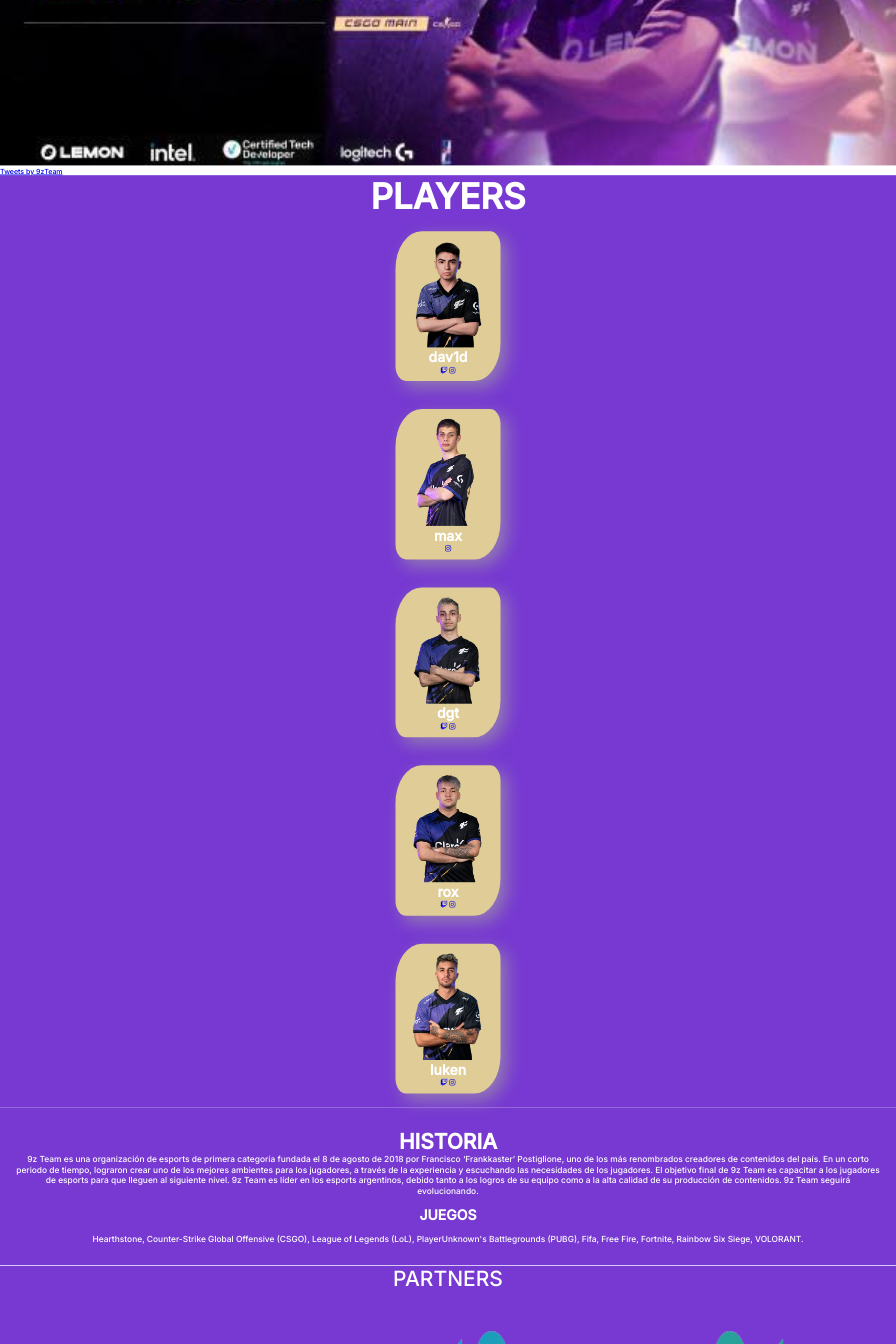
Repository: santig20/trabajo-practico-integrador-nuncba-html-css-
Page: index.html
These files come from the project's save history. The page is drawn as it stood at one moment and after a run of saves; the edit follows.
The browser window is 1280 px wide. The pictures show the part of the page from y = 486 to 2406 px (the page is 2947 px tall before and 3255 px after), at 70% of full size.
Some web libraries are served in a nearby version.

Above is the page before, as saved 2022-06-21 19:04:10.

### index.html
<!DOCTYPE html>
<html lang="es">
  <head>
    <meta charset="UTF-8" />
    <meta http-equiv="X-UA-Compatible" content="IE=edge" />
    <meta name="viewport" content="width=device-width, initial-scale=1.0" />
    <link rel="stylesheet" href="./style.css" />
    <link rel="stylesheet" href="path/to/font-awesome/css/font-awesome.min.css">
    <link rel="stylesheet" href="https://use.fontawesome.com/releases/v5.0.7/css/all.css">
    <link rel="stylesheet" href="https://cdnjs.cloudflare.com/ajax/libs/font-awesome/6.1.1/css/all.min.css" integrity="sha512-KfkfwYDsLkIlwQp6LFnl8zNdLGxu9YAA1QvwINks4PhcElQSvqcyVLLD9aMhXd13uQjoXtEKNosOWaZqXgel0g==" crossorigin="anonymous" referrerpolicy="no-referrer" class="__web-inspector-hide-shortcut__">
    <link rel="preconnect" href="https://fonts.googleapis.com">
<link rel="preconnect" href="https://fonts.gstatic.com" crossorigin>
<link href="https://fonts.googleapis.com/css2?family=Inter:wght@300;500&family=Work+Sans:wght@400;500;700&display=swap" rel="stylesheet">
    <title>Document</title>
  </head>
  <body>
    <!--👉 Debe contener un navbar que navegue las diversas secciones de la web.
    👉 Debe contener una portada alusiva a la temática de nuestra app.
    👉 Una sección de imágenes.
    👉 Una sección de contacto.
    👉 Un footer.
    👉 Una página para loguearse.
    👉 Una página para registrarse.
    👉 Ser responsive.
    👉 Estar deployado en vercel.  -->

    <header>
      <div class="img_header">
        <img src="./assets/9zteam_logo.png" alt="" />
      </div>
      <nav>
        <div class="navmain" id="menu" >
          <ul>
            <li> <a href="">contacto</a></li>
            <li><a href=""> Players</a></li>
            <li><a href="">Partners</a></li>
            <li><a href="">historia</a></li>
            <li><a href="">contacto</a></li>
          </ul>
        </div>
        <div class="registro_container">
          <ul>
          <li><a href="./registro.html">login </a></li>
         <li><a href="./registro.html">register </a></li>
        </ul>
        </div>

      </nav>
    </header>

    <main>
      <section class="hero_section">
        <div class="texto_hero">
          <h1>#todo violeta</h1>
          <h2>#go9z</h2>
          <p>
            Lorem ipsum, dolor sit amet consectetur adipisicing elit. Ratione
            consequuntur deleniti sit quae ad animi dolor, possimus ipsum quis
            sint quasi perspiciatis. Voluptatem assumenda, fugiat suscipit totam
            veritatis maiores nam.
          </p>
        </div>
        <div class="img_hero">
          <img src="./assets/2c2836fbfd7f200f4f9f6502dd4ec1de.jpg" alt="" />
        </div>
        <div class="twitter">
          <a class="twitter-timeline" href="https://twitter.com/9zTeam?ref_src=twsrc%5Etfw">Tweets by 9zTeam</a> <script async src="https://platform.twitter.com/widgets.js" charset="utf-8"></script>
        </div>
      </section>
      <section class="players">
        <div class="player_container">
          <div class="texto_players">
             <span>
              players
             </span>
          </div>
 <div class="player_david">
  <img src="./assets/david.png" alt="">
  <p>dav1d</p>
  <a href="https://www.twitch.tv/dav1dcs1"><i class="fa-brands fa-twitch" target="_blank" ></i></a>
  <a href="https://www.instagram.com/dav1dcs1/"  target="_blank"><i class="fa-brands fa-instagram"></i> </a>
     </div>
 <div class="player_max">
<img src="./assets/max.png" alt="">
<p>
    max
</p>
<a href="https://www.instagram.com/maxgzez/"  target="_blank"><i class="fa-brands fa-instagram"></i> </a>

 </div>
 <div class="player_dgt">
<img src="./assets/dgt.png" alt="">
<p>
    dgt
</p>
<a href="https://www.twitch.tv/dgtcsgo"><i class="fa-brands fa-twitch" target="_blank" ></i></a>
<a href="https://www.instagram.com/franmanu_/"  target="_blank"><i class="fa-brands fa-instagram"></i> </a>

 </div>
 <div class="player_rox">
<img src="./assets/rox.png" alt="">
<p>
    rox
</p>
<a href="https://www.twitch.tv/roxcsgo1"><i class="fa-brands fa-twitch" target="_blank" ></i></a>
<a href="https://www.instagram.com/_molinamartin"  target="_blank"><i class="fa-brands fa-instagram"></i> </a>

 </div>
 <div class="player_luken">

<img src="./assets/luken.png" alt="">

 <p>luken</p>
<a href="https://www.twitch.tv/luken"><i class="fa-brands fa-twitch" target="_blank" ></i></a>
<a href="https://www.instagram.com/lucanadotti/"  target="_blank"><i class="fa-brands fa-instagram"></i> </a>

 </div>

        </div>

      </section>
      <section class="history">
        <div class="historia_content">
<h3>
    historia
</h3>
 <p>
    9z Team es una organización de esports de primera categoría fundada el 8 de agosto de 2018 por Francisco ‘Frankkaster’ Postiglione, uno de los más renombrados creadores de contenidos del país. En un corto periodo de tiempo, lograron crear uno de los mejores ambientes para los jugadores, a través de la experiencia y escuchando las necesidades de los jugadores. El objetivo final de 9z Team es capacitar a los jugadores de esports para que lleguen al siguiente nivel. 9z Team es líder en los esports argentinos, debido tanto a los logros de su equipo como a la alta calidad de su producción de contenidos. 9z Team seguirá evolucionando.
 </p>

               <h4>juegos </h4>
               <p>Hearthstone, Counter-Strike Global Offensive (CSGO), League of Legends (LoL), PlayerUnknown's Battlegrounds (PUBG), Fifa, Free Fire, Fortnite, Rainbow Six Siege, VOLORANT.</p>
</div>
      </section>
      <section class="partners">
       <p> partners</p>
<div class="fotos">
  <figure>
    <img src="./assets/images-removebg-preview.png" alt="">
    <img src="./assets/lemon.png" alt="">
    <img src="./assets/logitech-removebg-preview.png" alt="">
    <img src="./assets/red-bull-logo-2-1-removebg-preview.png" alt="">
    <img src="./assets/CTD-removebg-preview.png" alt="">
    <img src="./assets/roobet.svg" alt="">
    <img src="./assets/289-removebg-preview.png" alt="">
    <img src="./assets/Logo-Shell-removebg-preview.png" alt="">
    <img src="./assets/images-removebg-preview.png" alt="">

    </figure>
</div>
      </section>
    </main>

    <footer>

    </footer>
    <script src="main.js"></script>
  </body>
</html>

### style.css
* {
    padding: 0;
    margin: 0;
    box-sizing: border-box;
}
html {
    font-size: 62.5%;
    list-style: none;
    text-decoration: none;
    font-family: 'inter';
}

 /* inico header*/
header {
    display: flex;
    background: rgb(99,21,133);
    background: linear-gradient(90deg, rgba(99,21,133,1) 6%, rgba(88,32,144,1) 42%, rgba(61,9,121,1) 64%);
    height: 100%;
}
.img_header img{
    height: 8rem;
    width: 8rem;
}
.navmain{
 display: none;
}

.registro_container ul {
    display: flex;
font-size:2rem;
gap:3rem;

}
.registro_container ul li{
    list-style: none;
    text-decoration: none;
}
.registro_container ul li a{

    text-transform: uppercase;
    color: #dfcc97;
    font-weight: 600;

}
.twitter-timeline a{
    width: 32rem;
    height: 32rem;
}

/*hero section*/

.texto_hero {
    display: none;
}
.img_hero img {
 width:100%;
}

/*player section */
.player_container{
    display: flex;
    flex-direction:column ;
    justify-content: center;
    align-items: center;
    text-align: center;
    background: #7739d2;
}

.texto_players span {
     font-size: 5rem;
     font-weight: 700;
     text-transform: uppercase;
     color: white;
    padding: 2rem 0;

}
.player_container p {
    font-size: 2rem;
    font-weight: 700;
    color: white;
}

.player_container img{
    width: 15rem;
}

.player_david {
    background-color: #dfcc97;
    padding: 1rem 0;
    margin: 2rem 0;
    border-radius: 25% 10%;
    box-shadow: 9px 9px 24px 0px rgba(161,161,161,0.66);
-webkit-box-shadow: 9px 9px 24px 0px rgba(161,161,161,0.66);
-moz-box-shadow: 9px 9px 24px 0px rgba(161,161,161,0.66);
}

.player_david  :hover {
    transform: scale(1.1);
    text-transform: uppercase;
}



.player_max{
    background-color: #dfcc97;
    padding: 1rem 0;
    margin: 2rem 0;
    border-radius: 25% 10%;
    box-shadow: 9px 9px 24px 0px rgba(161,161,161,0.66);
-webkit-box-shadow: 9px 9px 24px 0px rgba(161,161,161,0.66);
-moz-box-shadow: 9px 9px 24px 0px rgba(161,161,161,0.66);
}
.player_max :hover {
    transform: scale(1.1);
    text-transform: uppercase;
}



.player_dgt{
    background-color: #dfcc97;
    padding: 1rem 0;
    margin: 2rem 0;
    border-radius: 25% 10%;
    box-shadow: 9px 9px 24px 0px rgba(161,161,161,0.66);
-webkit-box-shadow: 9px 9px 24px 0px rgba(161,161,161,0.66);
-moz-box-shadow: 9px 9px 24px 0px rgba(161,161,161,0.66);
}
.player_dgt :hover {
    transform: scale(1.1);
    text-transform: uppercase;
}


.player_rox{
    background-color: #dfcc97;
    padding: 1rem 0;
    margin: 2rem 0;
    border-radius: 25% 10%;
    box-shadow: 9px 9px 24px 0px rgba(161,161,161,0.66);
-webkit-box-shadow: 9px 9px 24px 0px rgba(161,161,161,0.66);
-moz-box-shadow: 9px 9px 24px 0px rgba(161,161,161,0.66);
}


.player_rox  :hover {
    transform: scale(1.1);
    text-transform: uppercase;
}




.player_luken{
    background-color: #dfcc97;
    padding: 1rem 0;
    margin: 2rem 0;
    border-radius: 25% 10%;
    box-shadow: 9px 9px 24px 0px rgba(161,161,161,0.66);
-webkit-box-shadow: 9px 9px 24px 0px rgba(161,161,161,0.66);
-moz-box-shadow: 9px 9px 24px 0px rgba(161,161,161,0.66);
}
.player_luken  :hover {
    transform: scale(1.1);
    text-transform: uppercase;
}

/* section historia   */

.historia_content {
    display: flex ;
    flex-direction: column;
    justify-content: center;
    align-items: center;
    text-align: center;
    padding: 3rem  2rem;
    background-color:#7739d2 ;
}
.historia_content h3 {
    font-size: 3rem;
  font-weight: 700;
  color: white;
  text-transform: uppercase;
}
.historia_content h4 {
    font-size: 2rem;
  font-weight: 700;
  color: white;
  text-transform: uppercase;
  padding: 1.5rem 0;
}
.historia_content p{
font-size: 1.2rem;
color: white;

}



/* partners section */
.partners p {
text-align: center;
font-size: 3rem;
text-transform: uppercase;
background-color: #7739d2;
color: white;
border-top: 0.1rem solid;
}
.fotos{
    overflow: hidden;
}
.fotos figure {
    display: flex;
    position:relative ;
    left: 0;
    animation: 20s fotos infinite alternate-reverse  ;
    width: 400%;
    background-color: #7739d2;
    background-size: cover;
    padding:3rem 0;
}

.fotos figure img {
    width: 14.3%;
  padding:  0 1rem;
  background-color: #7739d2;
}

@keyframes fotos {
    0%{
        left: -25;
    }

    5%{
        left: -25;
    }

   14.3%{
        left: -50;
    }
    21.5% {
        left: -50%;
    }

   28.6%{
       left: -100%;
    }

    35.75%{
        left: -100%;
    }

    42.9%{
        left:-150%;
    }

   50.05% {
        left : -150%;
    }

   57.2% {
        left: -200%;
    }
  64.35% {
        left: -200%;
    }
  71.5% {
        left: -250%;
    }

    78.65% {
        left: -250%;
    }

   85.8% {
        left: -250%;
    }

   92.9% {
        left: -300%;
    }
    100% {
        left: -300%;
    }

}

Loaded but not shown: main.js (common file)

After the next 2 saves:
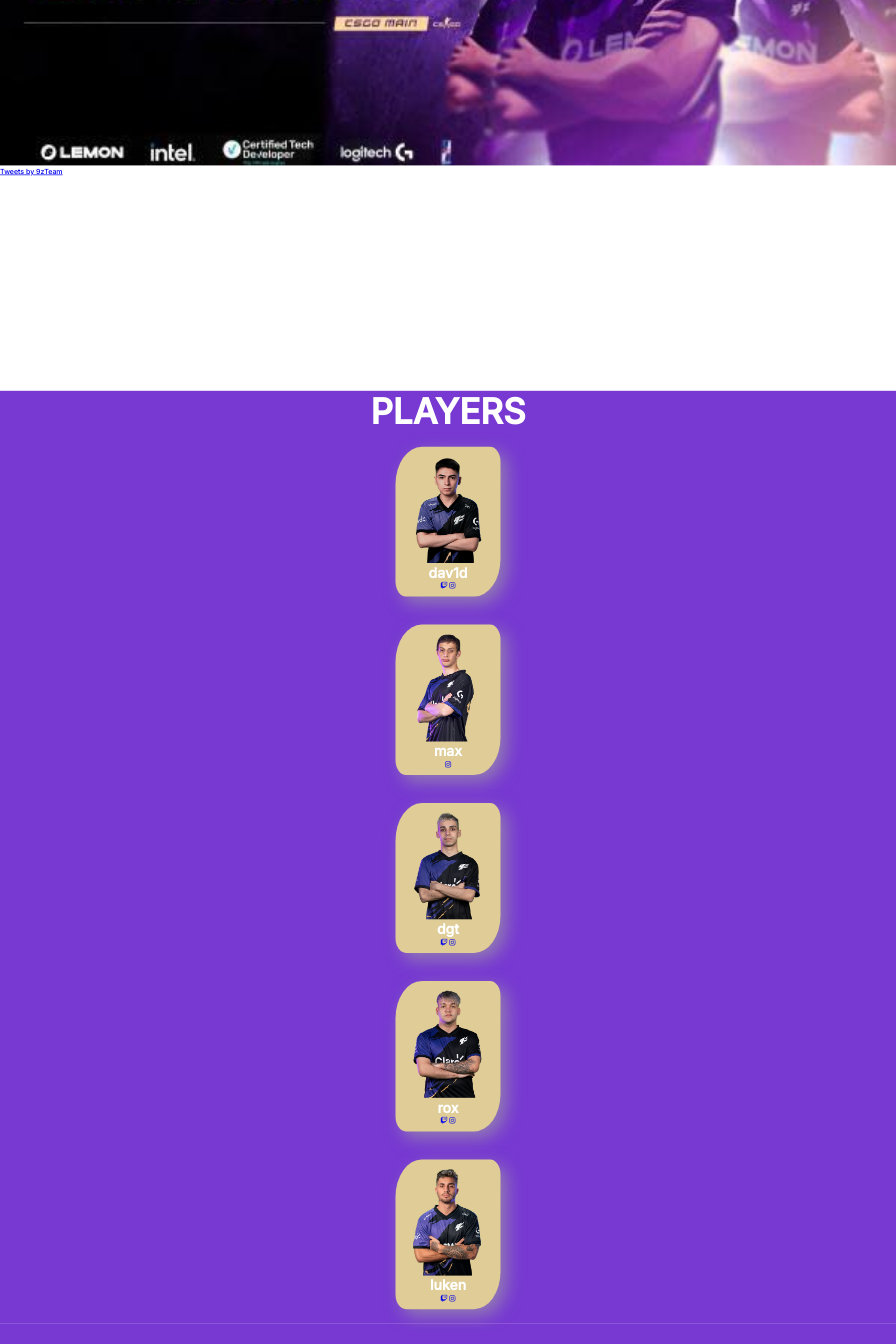
The 2 saves are shown as one change because they came seconds apart.
The last was saved 41 s later.
--- a/style.css
+++ b/style.css
@@ -42,7 +42,7 @@
     font-weight: 600;
 
 }
-.twitter-timeline a{
+.twitter {
     width: 32rem;
     height: 32rem;
 }

After the 2 saves that followed:
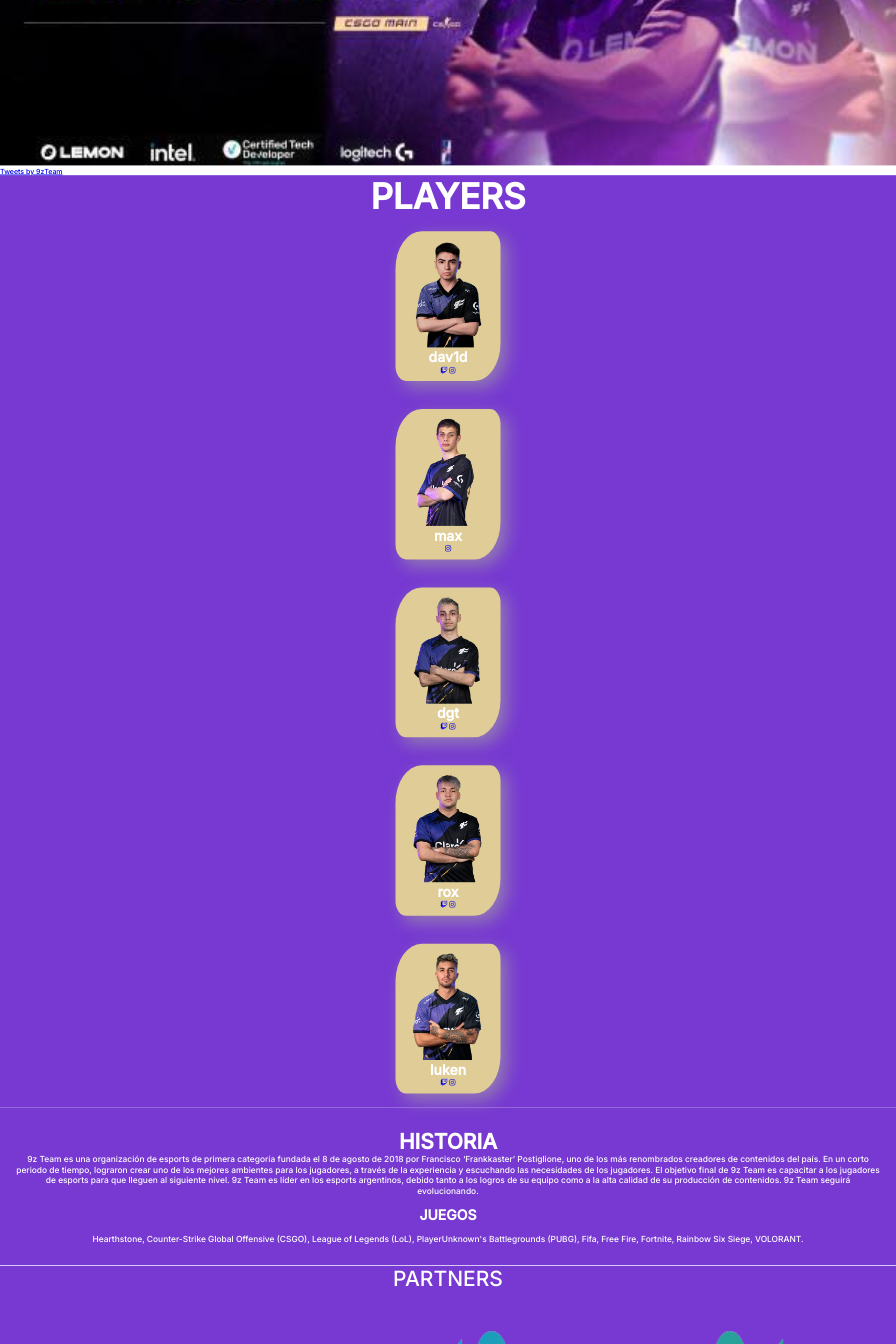
The 2 saves are shown as one change because they came seconds apart.
The last was saved 21 s later.
--- a/style.css
+++ b/style.css
@@ -42,7 +42,7 @@
     font-weight: 600;
 
 }
-.twitter {
+.twitter script {
     width: 32rem;
     height: 32rem;
 }
